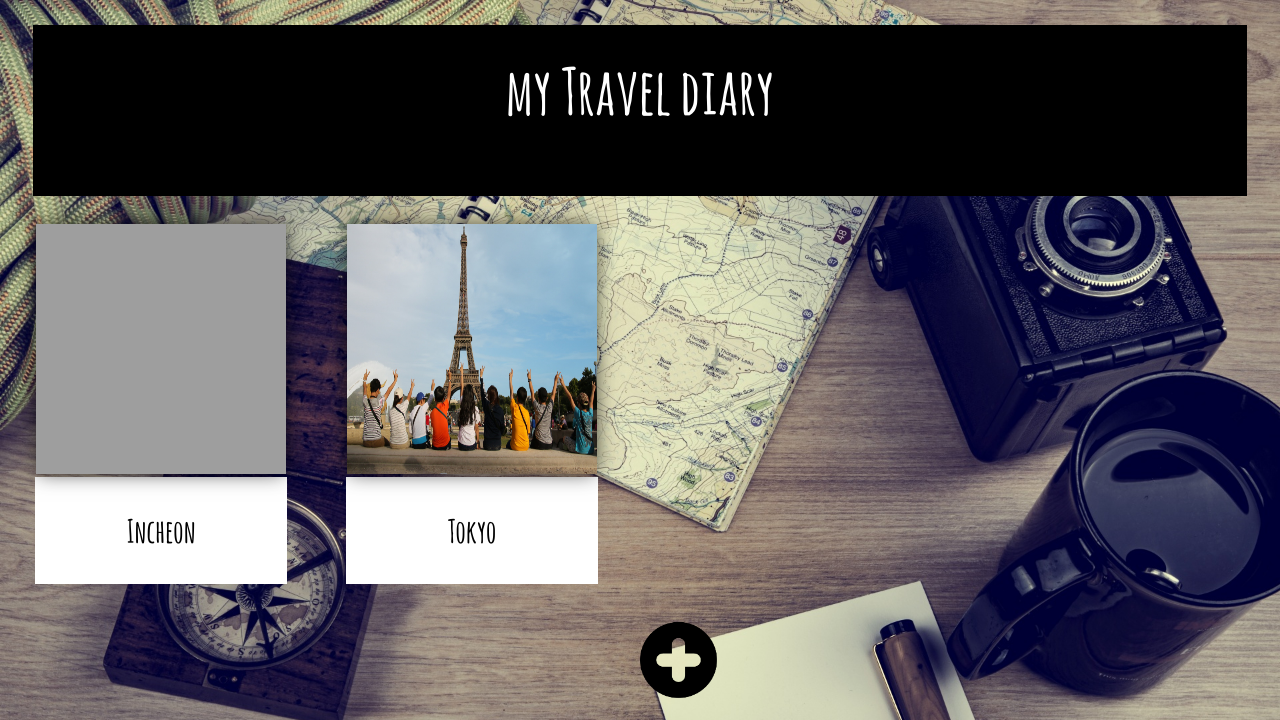
Repository: minkyung0421/jsp_travel_project
Page: http://localhost/Travel_Project/
An editor plug-in stored every save of this project. The page is shown before and after the next save, followed by the edit.
The browser window is 1280 px wide. The pictures show the whole page.
Pictures or frames that could not be fetched are drawn as grey boxes. The page is served by Tomcat 9.

Above is the page before, as saved 2018-08-21 05:22:06.

After the next save:
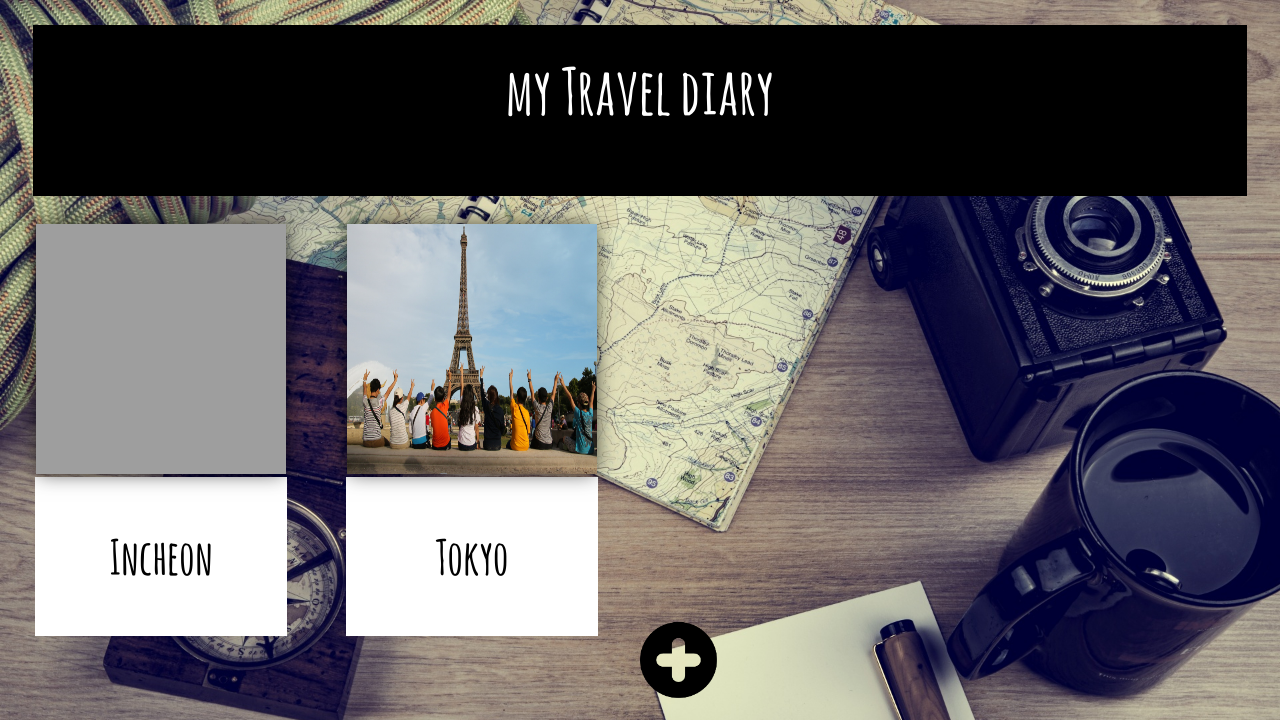
Saved 4 s later.
--- a/jsp_travel_project/Travel_Project/WebContent/index.jsp
+++ b/jsp_travel_project/Travel_Project/WebContent/index.jsp
@@ -23,7 +23,7 @@ table{
 
 .font{
 	font-family: amaticsc-bold;
-	font-size: 2em;
+	font-size: 3em;
 }
 
 .font2{
